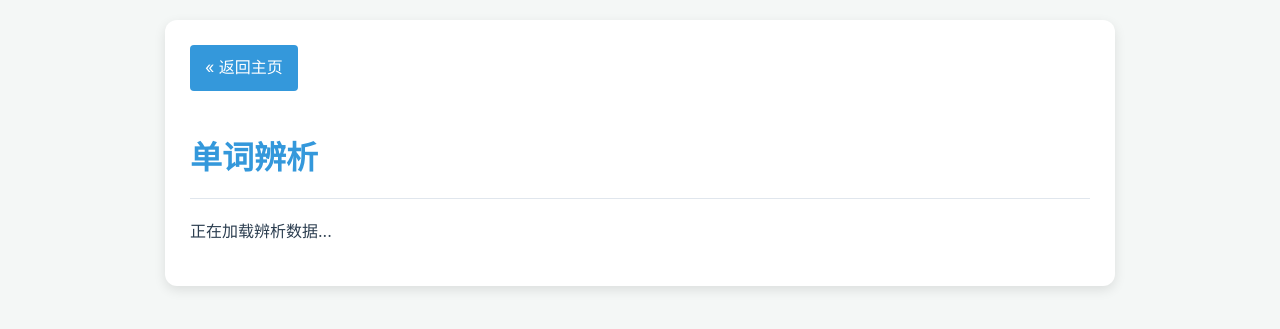
Repository: taiji666/WordLearn
Page: src/templates/discrimination_page.html
These files come from the project's save history. The page is drawn as it stood at one moment and after the next save; the edit follows.
The browser window is 1280 px wide. The pictures show the whole page.

Above is the page before, as saved 2025-05-21 21:17:52.
Console error: SyntaxError: missing ) after argument list

After the next save:
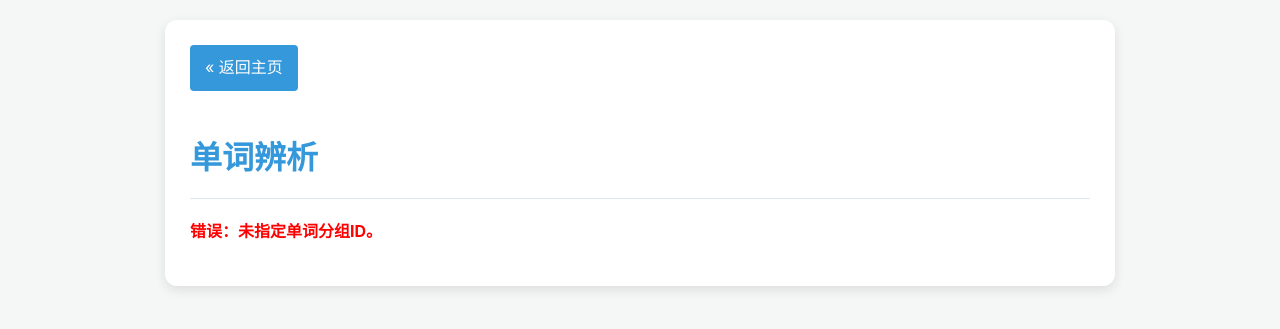
The error is gone.
Saved 12 s later.
--- a/src/static/discrimination_script.js
+++ b/src/static/discrimination_script.js
@@ -28,7 +28,7 @@ document.addEventListener('DOMContentLoaded', () => {
             // 假设 topicId (来自主页的 subGroup.id) 是辨析数据中 "topic" 字段的前缀, e.g., "1-1-1" for "1-1-1 人类"
             const discriminationData = data.vocabulary_collection.find(item =>
                 item.topic && item.topic.startsWith(topicId)
-                console.log(item.topic)
+
             );
             ;
             if (discriminationData) {
